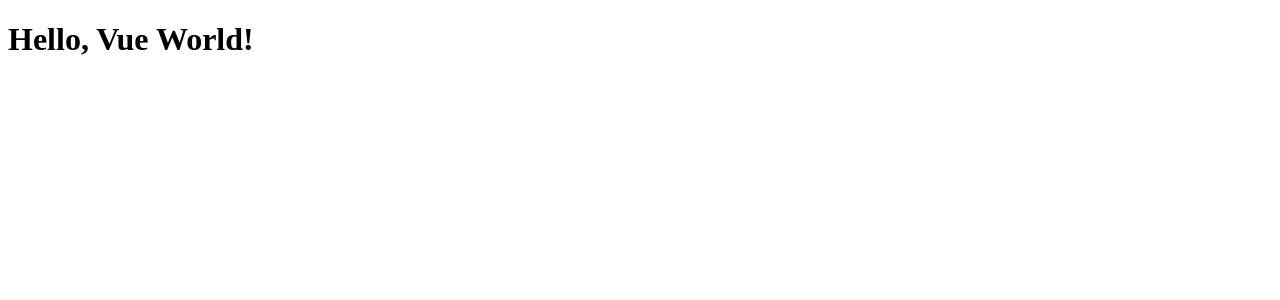
Repository: WAY-C/JSCodes
Page: Vue/01初识vue/初识vue.html
An editor plug-in stored every save of this project. The page is shown before and after the next save, followed by the edit.
The browser window is 1280 px wide. The pictures show the whole page.

Above is the page before, as saved 2021-08-26 09:12:42.

### Vue/01初识vue/初识vue.html
<!DOCTYPE html>
<html>

<head>
    <meta charset="UTF-8">
    <title>初识Vue</title>
    <!-- 引入Vue -->
    <script type="text/javascript" src="../js/vue.js"></script>
    <!-- 全局多了一个Vue构造函数 -->
</head>

<body>
    <!-- 准备好一个容器 -->
    <div id="root">
        <h1>Hello, {{name}}</h1>
    </div>
    <script type="text/javascript">
        Vue.config.productionTip = false; //阻止Vue在启动时产生生产提示

        // 创建Vue实例
        const x = new Vue({
            el: '#root', //el属性用于指定当前Vue实例为那个容器服务，值通常为CSS选择器字符串
            data: {
                name: 'Vue World!'
            },

        });
    </script>
</body>

</html>

Loaded but not shown: Vue/js/vue.js (library)

After the next save:
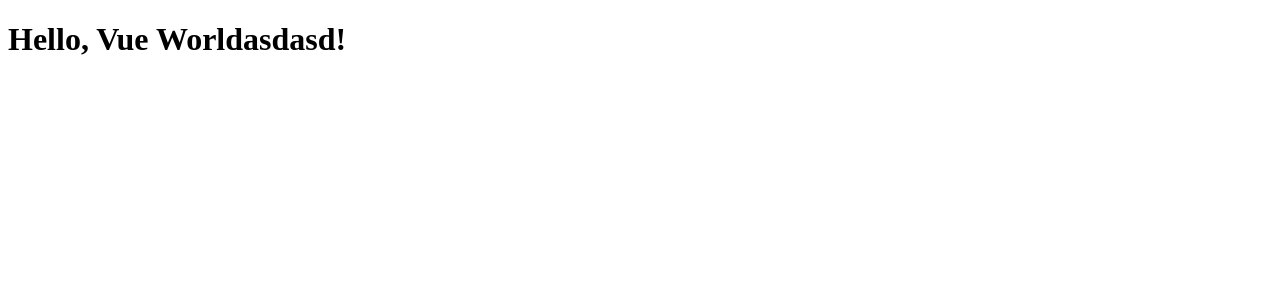
Saved 44 s later.
--- a/Vue/01初识vue/初识vue.html
+++ b/Vue/01初识vue/初识vue.html
@@ -21,7 +21,7 @@
         const x = new Vue({
             el: '#root', //el属性用于指定当前Vue实例为那个容器服务，值通常为CSS选择器字符串
             data: {
-                name: 'Vue World!'
+                name: 'Vue Worldasdasd!'
             },
 
         });
